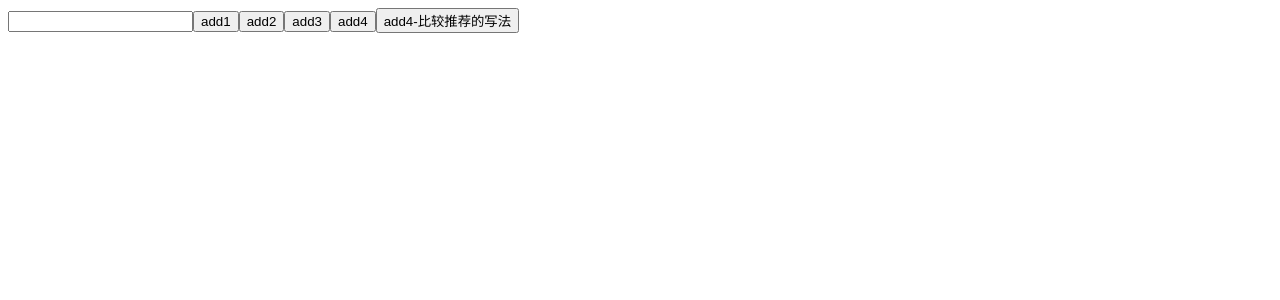
Repository: zenghao518518/React
Page: /
An editor plug-in stored every save of this project. The page is shown before and after the next save, followed by the edit.
The browser window is 1280 px wide. The pictures show the whole page.
The project was rebuilt for these pictures with package versions that can differ from the ones it lists, and the page was loaded fresh each time.

Above is the page before, as saved 2023-06-20 14:37:03.

### src/index.js
import React from 'react';
//import ReactDOM from 'react-dom';
import ReactDOM from 'react-dom/client'
//import './01-base/01-class组件'
//ReactDOM.render(<div>111111</div>,document.getElementById('root'))                    //);
//import App from './01-base/01-class组件'
//import App from './01-base/02-函数式组件'
//import App from './01-base/03-组件的嵌套'
//import App from './01-base/04-组件的样式'
//import App from './01-base/05-事件绑定-1'
import App from './01-base/06-事件绑定-2'
let root = ReactDOM.createRoot(document.getElementById('root'));
//root.render(<div>111111</div>);
root.render(<App></App>);

### src/01-base/06-事件绑定-2.js
import React, { Component } from 'react'

export default class App extends Component {
  a = 100

  render() {
    return (
      <div>
         <input></input>
         <button onClick={()=>{
            console.log("click1",this.a) //这里的this与render外保持一致，由于使用的是=>,保持和外部作用域一致
         }}>add1</button>
         <button onClick={this.handleClick2.bind(this)}>add2</button>
         <button onClick={this.handleClick3}>add3</button>

         <button onClick={()=>{
            this.handleClick4() //由于使用的是=>,保持和外部作用域一致
            }}>add4</button>

         <button onClick={()=>this.handleClick4()}>add4-比较推荐的写法</button>

      </div>
    )
  }

  handleClick2(){
    console.log("click2",this)
  }

  handleClick3=()=>{
    console.log("click3",this)//由于使用的是=>,保持和外部作用域一致
  }

  handleClick4=()=>{
    console.log("click4",this)
  }
}

Loaded but not shown: public/index.html (common file)

After the next save:
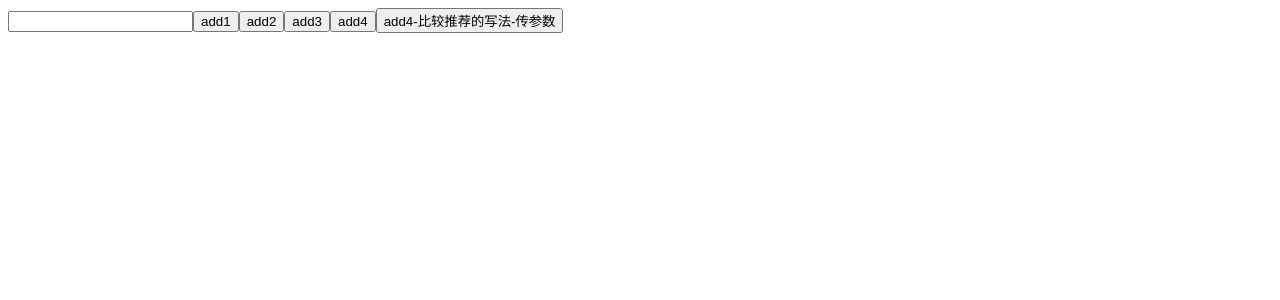
Saved 18 s later.
--- a/src/01-base/06-事件绑定-2.js
+++ b/src/01-base/06-事件绑定-2.js
@@ -17,7 +17,7 @@ export default class App extends Component {
             this.handleClick4() //由于使用的是=>,保持和外部作用域一致
             }}>add4</button>
 
-         <button onClick={()=>this.handleClick4()}>add4-比较推荐的写法</button>
+         <button onClick={()=>this.handleClick4()}>add4-比较推荐的写法-传参数</button>
 
       </div>
     )
